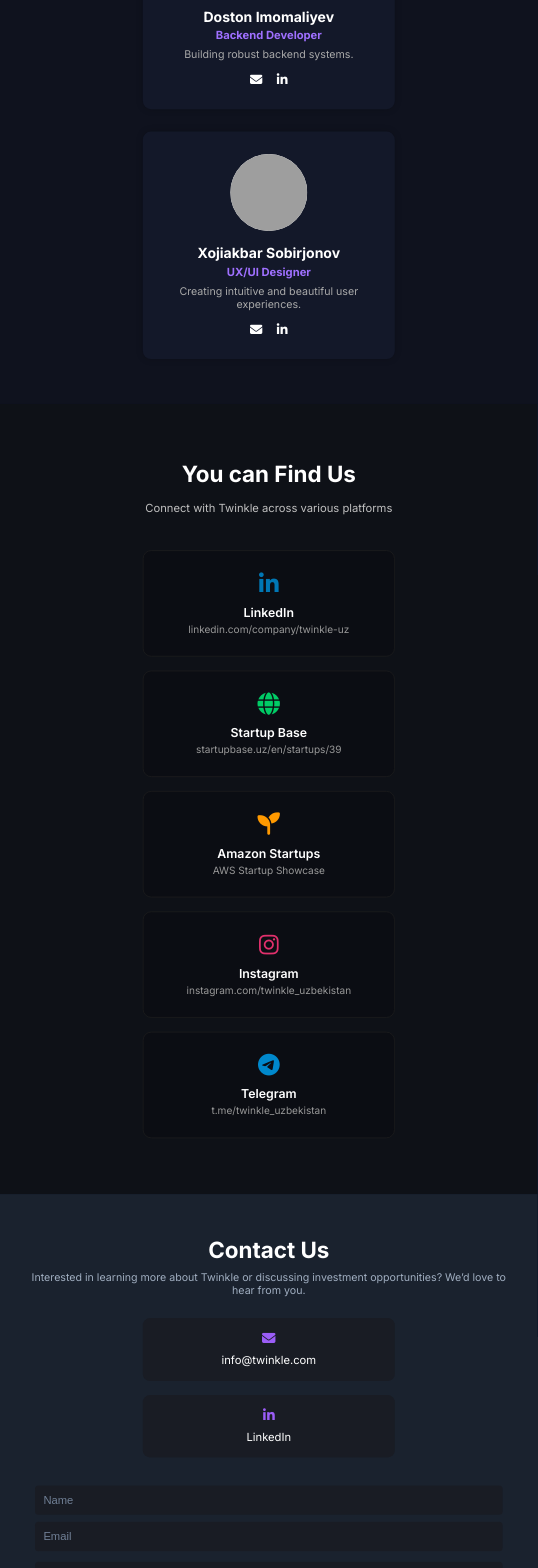
Repository: techboy-33/Twinkle-web
Page: index.html
The author's editor kept a copy of each file at every save. The page is drawn from the files as they stood at one save, then again after the next save.
The browser window is 768 px wide. The pictures show the part of the page from y = 4260 to 6500 px (the page is 6887 px tall before and 6927 px after), at 70% of full size.
Pictures or frames that could not be fetched are drawn as grey boxes.

Above is the page before, as saved 2025-05-15 13:45:57.

### index.html
<!DOCTYPE html>
<html lang="en">

<head>
    <meta charset="UTF-8" />
    <meta name="viewport" content="width=device-width, initial-scale=1.0" />
    <title>Twinkle</title>
    <link href="styles.css" rel="stylesheet" />
    <link href="https://fonts.googleapis.com/css2?family=Inter:wght@400;600;700&display=swap" rel="stylesheet">
    <link rel="stylesheet" href="https://cdnjs.cloudflare.com/ajax/libs/font-awesome/6.5.0/css/all.min.css">
    <link rel="stylesheet" href="./base.css">
    <link rel="stylesheet" href="./responsive.css">
</head>

<body>
    <header class="navbar">
        <div class="container nav-inner">
            <div class="logo">Twinkle</div>
            <div class="nav-right">
                <nav class="nav-links">
                    <a href="#">General Info</a>
                    <a href="#">News</a>
                    <a href="#">Team</a>
                </nav>
                <div class="nav-icons">
                    <button class="icon-btn">
                        <i class="fa-solid fa-globe"></i>
                    </button>
                    <button class="icon-btn" id="theme-toggle">
                        <i class="fa-solid fa-sun"></i>
                    </button>
                    <button class="icon-btn contact-btn">Contact</button>
                    <button class="hamburger-menu" id="menu-toggle">
                        <i class="fa-solid fa-bars"></i>
                    </button>
                </div>
            </div>
        </div>
    </header>
    <section class="hero">
        <div class="hero-inner">
            <h1>Twinkle</h1>
            <p class="subtitle">
                A social media platform uniting creators who produce high-quality, intellectual, and value-driven
                content with innovative filtering and multi-monetization models.
            </p>

            <div class="info-grid">
                <div class="info-card">
                    <h3>Founded</h3>
                    <p>15th of December 2024</p>
                </div>
                <div class="info-card">
                    <h3>Headquarters</h3>
                    <p>Samarkand, Uzbekistan (remote)</p>
                </div>
                <div class="info-card">
                    <h3>Focus</h3>
                    <p>Creator economy, empowering media industry</p>
                </div>
                <div class="info-card">
                    <h3>Target Market</h3>
                    <p>Uzbekistan, Global Expansion</p>
                </div>
            </div>

            <button class="learn-btn">Learn More
                <i class="fa-solid fa-chevron-down"></i>
            </button>
        </div>
    </section>
    <main class="container">
        <section class="general-info">
            <h2>General Info</h2>
            <div class="info-columns">
                <div class="left">
                    <div>
                        <p class="strong">Industry</p>
                        <p>Social Media, Creator Economy</p>
                    </div>
                    <div>
                        <p class="strong">Business Model</p>
                        <p>Platform, Subscription, Transaction Fees</p>
                    </div>
                    <div>
                        <p class="strong">Location</p>
                        <p>Tashkent, Uzbekistan</p>
                    </div>
                    <div>
                        <p class="strong">Stage</p>
                        <p>Pre-Seed</p>
                    </div>
                </div>
                <div class="right">
                    <div>
                        <p class="strong">Description</p>
                        <p>Twinkle is designed to build a community of high-caliber, educational content creators while
                            creating a next-generation media platform that enables expanded monetization opportunities.
                        </p>
                    </div>
                    <div>
                        <p class="strong">Investment Needs</p>
                        <p>Seeking investment for platform development, marketing, team expansion, and operational
                            costs.
                        </p>
                    </div>
                    <button class="pitch-btn">View Pitch Deck
                        <i class="fa-solid fa-download"></i>
                    </button>
                </div>
            </div>
        </section>
    </main>
    <section class="news-section">
        <div class="container">
            <h2 class="news-title">Latest News</h2>
            <p class="news-subtitle">Updates and insights from our LinkedIn</p>

            <div class="news-grid">
                <!-- News Card 1 -->
                <div class="news-card">
                    <h3>Twinkle Announces Partnership with Local Creator Hub</h3>
                    <p>We're excited to announce our new partnership with the Central Asian Creator Hub, which will help
                        us connect with more talented content creators in the region...</p>
                    <div class="news-meta">
                        <span>📅 June 15, 2023</span>
                        <a href="#">Read More</a>
                    </div>
                </div>

                <!-- News Card 2 -->
                <div class="news-card">
                    <h3>The Future of Content Monetization in Emerging Markets</h3>
                    <p>Our CEO Behruz Sayfiddinov shares insights on how content creators in emerging markets can
                        leverage new monetization strategies to build sustainable careers...</p>
                    <div class="news-meta">
                        <span>📅 May 28, 2023</span>
                        <a href="#">Read More</a>
                    </div>
                </div>

                <!-- News Card 3 -->
                <div class="news-card">
                    <h3>Twinkle Featured in 'Startups to Watch' List</h3>
                    <p>We're honored to be included in this year's 'Startups to Watch' list by Tech Central Asia. This
                        recognition highlights our innovative approach to content creation...</p>
                    <div class="news-meta">
                        <span>📅 April 10, 2023</span>
                        <a href="#">Read More</a>
                    </div>
                </div>

                <!-- News Card 4 -->
                <div class="news-card">
                    <h3>Building a Quality-First Content Platform</h3>
                    <p>In our latest blog post, CTO Alisher Zokirovich discusses the technical challenges of building a
                        platform that prioritizes quality content while maintaining scalability...</p>
                    <div class="news-meta">
                        <span>📅 March 22, 2023</span>
                        <a href="#">Read More</a>
                    </div>
                </div>
            </div>

            <div class="view-all-wrapper">
                <button class="view-all-btn">View All Updates
                    <i class="fa-brands fa-linkedin-in"></i>
                </button>
            </div>
        </div>
    </section>
    <section class="team-section">
        <div class="container">
            <h2 class="team-title">Our Team</h2>
            <p class="team-subtitle">Meet the passionate minds behind Twinkle</p>

            <div class="team-grid">
                <!-- Team Members -->
                <div class="team-card">
                    <img src="https://encrypted-tbn0.gstatic.com/images?q=tbn:ANd9GcR9CMIiPoEBXCQ0sEX700hf1_gQ1kkmD3HA4w&s"
                        alt="Behruz">
                    <h3>Behruz Sayfiddinov</h3>
                    <p class="role">Co-founder & CEO</p>
                    <p class="desc">Background in startups, business development & media.</p>
                    <div class="icons">
                        <a href="#"><i class="fas fa-envelope"></i></a>
                        <a href="#"><i class="fab fa-linkedin-in"></i></a>
                    </div>
                </div>

                <div class="team-card">
                    <img src="https://encrypted-tbn0.gstatic.com/images?q=tbn:ANd9GcR9CMIiPoEBXCQ0sEX700hf1_gQ1kkmD3HA4w&s"
                        alt="Alisher">
                    <h3>Alisher Zokirovich</h3>
                    <p class="role">Founder & CTO</p>
                    <p class="desc">Responsible for tech development and product vision.</p>
                    <div class="icons">
                        <a href="#"><i class="fas fa-envelope"></i></a>
                        <a href="#"><i class="fab fa-linkedin-in"></i></a>
                    </div>
                </div>

                <div class="team-card">
                    <img src="https://encrypted-tbn0.gstatic.com/images?q=tbn:ANd9GcR9CMIiPoEBXCQ0sEX700hf1_gQ1kkmD3HA4w&s"
                        alt="Member">
                    <h3>Le Minh Hoan</h3>
                    <p class="role">Frontend Developer</p>
                    <p class="desc">Creating seamless user experiences and interfaces.</p>
                    <div class="icons">
                        <a href="#"><i class="fas fa-envelope"></i></a>
                        <a href="#"><i class="fab fa-linkedin-in"></i></a>
                    </div>
                </div>

                <div class="team-card">
                    <img src="https://encrypted-tbn0.gstatic.com/images?q=tbn:ANd9GcR9CMIiPoEBXCQ0sEX700hf1_gQ1kkmD3HA4w&s"
                        alt="Member">
                    <h3>Doston Imomaliyev</h3>
                    <p class="role">Backend Developer</p>
                    <p class="desc">Building robust backend systems.</p>
                    <div class="icons">
                        <a href="#"><i class="fas fa-envelope"></i></a>
                        <a href="#"><i class="fab fa-linkedin-in"></i></a>
                    </div>
                </div>

                <div class="team-card">
                    <img src="https://encrypted-tbn0.gstatic.com/images?q=tbn:ANd9GcR9CMIiPoEBXCQ0sEX700hf1_gQ1kkmD3HA4w&s"
                        alt="Member">
                    <h3>Xojiakbar Sobirjonov</h3>
                    <p class="role">UX/UI Designer</p>
                    <p class="desc">Creating intuitive and beautiful user experiences.</p>
                    <div class="icons">
                        <a href="#"><i class="fas fa-envelope"></i></a>
                        <a href="#"><i class="fab fa-linkedin-in"></i></a>
                    </div>
                </div>
            </div>
        </div>
    </section>
    <section class="find-us-section">
        <div class="container">
            <h2 class="find-us-title">You can Find Us</h2>
            <p class="find-us-subtitle">Connect with Twinkle across various platforms</p>
            <div class="find-us-grid">
                <div class="find-us-card linkedin">
                    <i class="fab fa-linkedin-in"></i>
                    <h3>LinkedIn</h3>
                    <p>linkedin.com/company/twinkle-uz</p>
                </div>
                <div class="find-us-card startup-base">
                    <i class="fas fa-globe"></i>
                    <h3>Startup Base</h3>
                    <p>startupbase.uz/en/startups/39</p>
                </div>
                <div class="find-us-card amazon">
                    <i class="fas fa-seedling"></i>
                    <h3>Amazon Startups</h3>
                    <p>AWS Startup Showcase</p>
                </div>
                <div class="find-us-card instagram">
                    <i class="fab fa-instagram"></i>
                    <h3>Instagram</h3>
                    <p>instagram.com/twinkle_uzbekistan</p>
                </div>
                <div class="find-us-card telegram">
                    <i class="fab fa-telegram-plane"></i>
                    <h3>Telegram</h3>
                    <p>t.me/twinkle_uzbekistan</p>
                </div>
            </div>
        </div>
    </section>
    <section class="contact-section">
        <div class="container contact-container">
            <h2 class="contact-title">Contact Us</h2>
            <p class="contact-description">
                Interested in learning more about Twinkle or discussing investment opportunities? We’d love to hear from
                you.
            </p>

            <div class="contact-methods">
                <div class="contact-box">
                    <i class="fas fa-envelope"></i>
                    <p>info@twinkle.com</p>
                </div>
                <div class="contact-box">
                    <i class="fab fa-linkedin-in"></i>
                    <p>LinkedIn</p>
                </div>
            </div>

            <form class="contact-form">
                <div class="form-row">
                    <input type="text" placeholder="Name" required />
                    <input type="email" placeholder="Email" required />
                </div>
                <input type="text" placeholder="Subject" required />
                <textarea placeholder="Message" rows="5" required></textarea>
                <button type="submit" class="send-btn">Send Message</button>
            </form>
        </div>

    </section>
    <footer class="contact-footer">
        <p class="footer-brand">Twinkle</p>
        <p class="footer-rights">© 2025 Twinkle, Inc. All rights reserved.</p>
    </footer>
    <script src="./js.js"></script>
</body>

</html>

### base.css
body.light-mode {
  background-color: #fdf8fd;
  color: #111111;
}

body.light-mode .logo {
  color: #111111 !important;
}

body.light-mode .navbar {
  border-bottom: 1px solid #e5e7eb;
}

body.light-mode .general-info,
body.light-mode .team-section,
body.light-mode .contact-section,
body.light-mode .general-info h2,
body.light-mode .strong,
body.light-mode .find-us-section .find-us-subtitle {
  background-color: #f6f6f6;
  color: #333 !important;
}

body.light-mode .general-info p {
  color: #757576;
}

body.light-mode .navbar,
body.light-mode .hero,
body.light-mode .icon-btn,
body.light-mode .hamburger-menu,
body.light-mode .text-muted-foreground,
body.light-mode .news-section,
body.light-mode .find-us-section,
body.light-mode .contact-footer {
  background-color: #fdf8fd !important;
  color: #111111 !important;
}
body.light-mode .contact-box,
body.light-mode .info-card,
body.light-mode .team-card,
body.light-mode .find-us-card {
  background-color: #ffffff !important;
  border: 1px solid #e5e7eb !important;
  box-shadow: none;
}
body.light-mode .find-us-card h3 {
  margin: 14px 0;
}
body.light-mode .team-card .role{
  margin: 10px 0;
}
body.light-mode .icons i {
  color: #333;
}

body.light-mode .info-card h3 {
  color: #333;
}

body.light-mode .info-card p {
  color: #757576;
}

body.light-mode .news-card,
body.light-mode .contact-box,
body.light-mode .contact-form input,
body.light-mode .contact-form textarea {
  color: #111111 !important;
}

body.light-mode .news-card {
  border: 1px solid #e4e4e4;
  background-color: #ffffff !important;

}

body.light-mode .news-card p {
  color: #757576;
}

body.light-mode a {
  color: #4f46e5;
}

body.light-mode .subtitle,
body.light-mode .news-subtitle,
body.light-mode .team-subtitle,
body.light-mode .desc,
body.light-mode .find-us-card p,
body.light-mode .contact-description {
  color: #444 !important;
}

### responsive.css
@media (max-width: 768px) {

    .navbar {
        width: 100vw;
        overflow-x: hidden;
    }

    .nav-links,
    .contact-btn {
        display: none;
    }

    .hamburger-menu {
        display: block;
        background-color: #0f172a;
        color: #d1d5db;
        border: none;
        font-size: 18px;
    }

    .nav-inner {
        max-width: 1200px;
        width: 100%;
        padding: 0 26px;
        margin: 0 auto;
        display: flex;
        justify-content: space-between;
        align-items: center;
    }

    .nav-right {
        gap: 12px;
    }

    .nav-icons {
        display: flex;
        align-items: center;
        justify-content: flex-end;
        gap: 16px;
    }


    .nav-open .nav-links {
        display: flex;
        flex-direction: column;
        background-color: #1e293b;
        position: absolute;
        top: 70px;
        right: 20px;
        padding: 12px;
        border-radius: 8px;
        gap: 12px;
        z-index: 1001;
    }

    .nav-open .contact-btn {
        display: block;
        width: 100%;
    }

    /* hero */
    .hero {
        padding: 80px 0;
    }

    .hero-inner {
        padding: 0 26px;
    }

    .hero-inner h1 {
        font-size: 36px;
    }

    .subtitle {
        font-size: 16px;
        max-width: 100%;
        margin-bottom: 40px;
    }

    .info-grid {
        grid-template-columns: 1fr;
        gap: 20px;
    }

    .info-card {
        padding: 20px;
    }

    .learn-btn {
        font-size: 14px;
        padding: 10px 24px;
    }

    /* General  Info Section */
    .general-info {
        padding: 60px 26px 70px 26px;
    }

    .general-info h2 {
        font-size: 26px;
        margin: 10px 0 60px 0;
    }

    .info-columns {
        flex-direction: column;
        gap: 40px;
    }

    .info-columns .left,
    .info-columns .right {
        flex: none;
        width: 100%;
    }

    .info-columns p {
        font-size: 15px;
        line-height: 22px;
    }

    .info-columns p strong {
        margin-bottom: 10px;
    }

    .pitch-btn {
        margin: 26px 0;
    }

    /* new section */
    .news-section {
        padding: 60px 26px;
    }

    .news-title,
    .news-subtitle {
        padding-left: 0;
    }

    .news-title {
        font-size: 1.5rem;
        margin: 20px 0;
    }

    .news-subtitle {
        font-size: 0.95rem;
        margin-bottom: 60px;
    }

    .news-grid {
        grid-template-columns: 1fr;
        gap: 20px;
    }

    .news-card {
        padding: 30px 20px;
    }

    .news-card h3 {
        font-size: 1rem;
    }

    .news-card p {
        font-size: 13px;
    }

    .news-meta {
        gap: 6px;
    }

    .view-all-btn {
        width: 50%;
        padding: 12px;
        font-size: 15px;
    }

    /* Teams section*/
    .team-title {
        margin-bottom: 20px;
    }

    /* Find Us */
    .find-us-title {
        margin-bottom: 20px;
    }

    .find-us-grid {
        justify-content: center;
    }

    /* Contact */
    .contact-form {
        width: 100%;
        padding: 0 16px;
    }
    .contact-section {
        padding: 60px 20px 60px 20px;
    }

    .form-row {
        flex-direction: column;
        gap: 10px;
    }
    .contact-methods {
        display: flex;
        flex-direction: column;
    }
    .contact-methods .contact-box {
        width: 360px;
    }

    .contact-form input,
    .contact-form textarea {
        font-size: 1rem;
        padding: 12px;
    }

    .send-btn {
        margin-top: 20px;
    }
}

Loaded but not shown: js.js (15 lines, source omitted); styles.css (599 lines, source omitted)

After the next save:
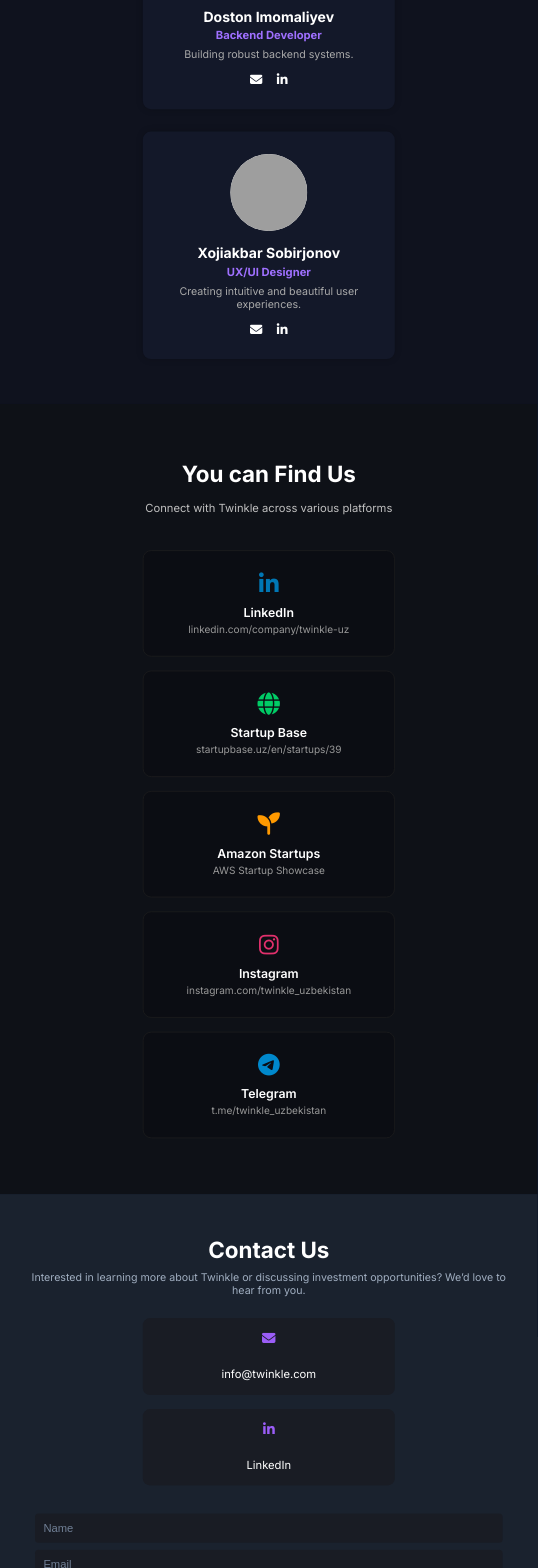
Saved 46 s later.
--- a/responsive.css
+++ b/responsive.css
@@ -206,6 +206,9 @@
     .contact-methods .contact-box {
         width: 360px;
     }
+    .contact-methods .contact-box p {
+        margin-top: 20px;
+    }
 
     .contact-form input,
     .contact-form textarea {
